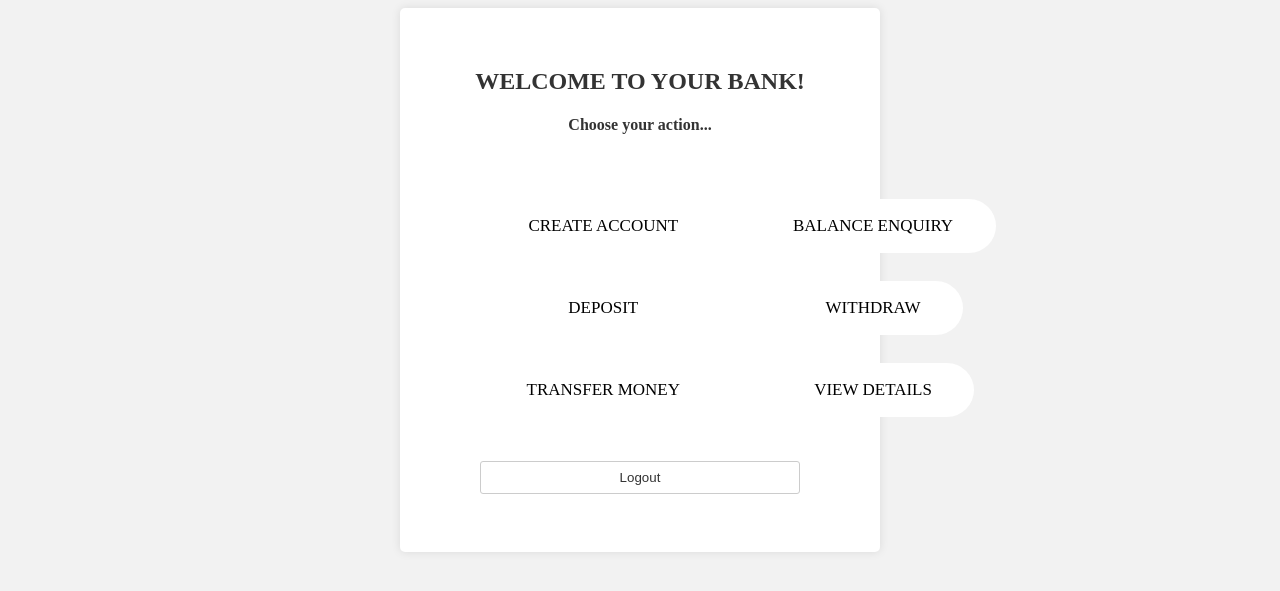
Repository: mansistic-0n3/Java_IGT
Page: Java Project/BankServlet/src/main/webapp/Home.html
An editor plug-in stored every save of this project. The page is shown before and after the next save, followed by the edit.
The browser window is 1280 px wide. The pictures show the whole page.

Above is the page before, as saved 2023-07-03 06:28:03.

After the next save:
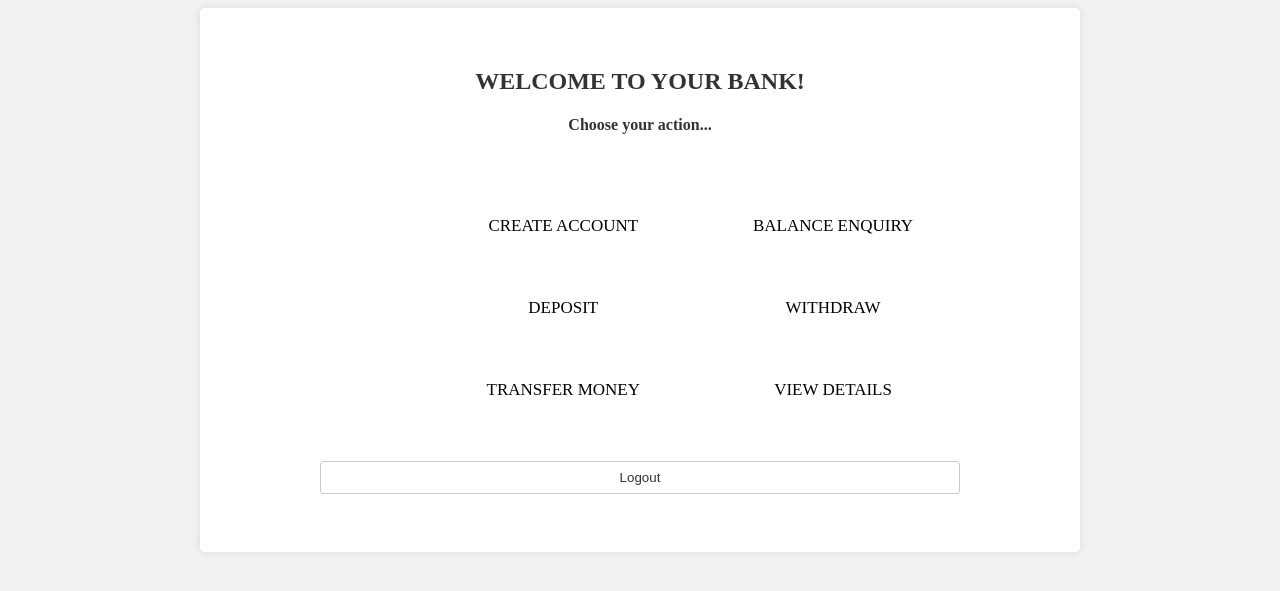
Saved 22 s later.
--- a/Java Project/BankServlet/src/main/webapp/Home.html
+++ b/Java Project/BankServlet/src/main/webapp/Home.html
@@ -67,7 +67,7 @@
   </style>
 </head>
 <body style="background-color: #f2f2f2; text-align:center;">
-<div style="max-width: 400px; margin: 0 auto; padding: 40px; background-color: #ffffff; border-radius: 5px; box-shadow: 0 0 10px rgba(0, 0, 0, 0.1);">
+<div style="max-width: 800px; margin: 0 auto; padding: 40px; background-color: #ffffff; border-radius: 5px; box-shadow: 0 0 10px rgba(0, 0, 0, 0.1);">
  <h2 style="text-align: center; color: #333333;">WELCOME TO YOUR BANK!</h2>
  <h4 style="text-align: center; color: #333333;">Choose your action...</h4>
   <div style="display: grid; grid-template-columns: repeat(2, 1fr); gap: 20px; max-width: 400px; margin: 0 auto; padding: 40px;">
